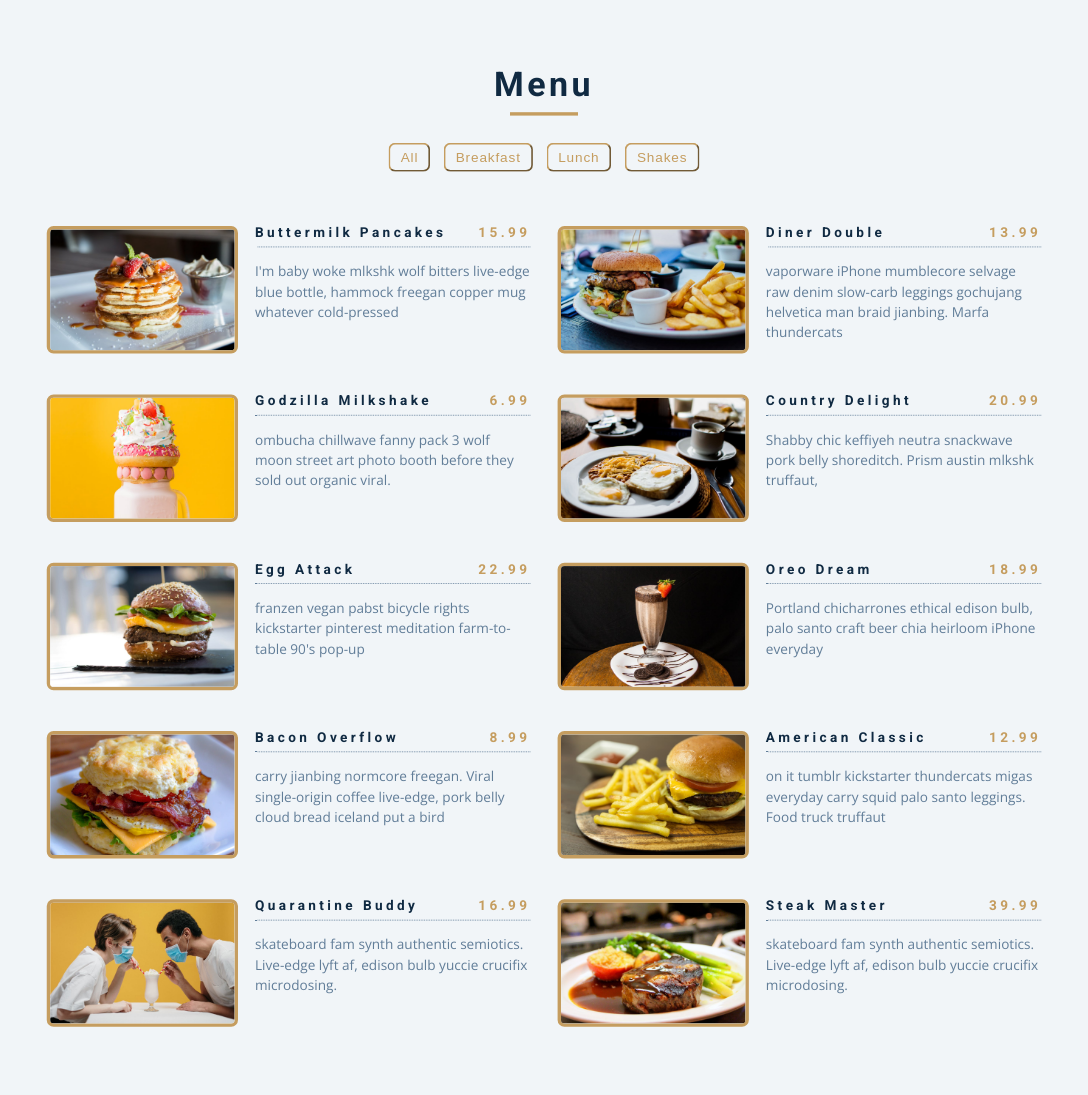
Repository: spidero7/Menu
Page: index.html
These files come from the project's save history. The page is drawn as it stood at one moment and after the next save; the edit follows.
The browser window is 1280 px wide. The pictures show the whole page, at 85% of full size.
Some web libraries are served in a nearby version.

Above is the page before, as saved 2021-10-02 08:34:19.

After the next save:
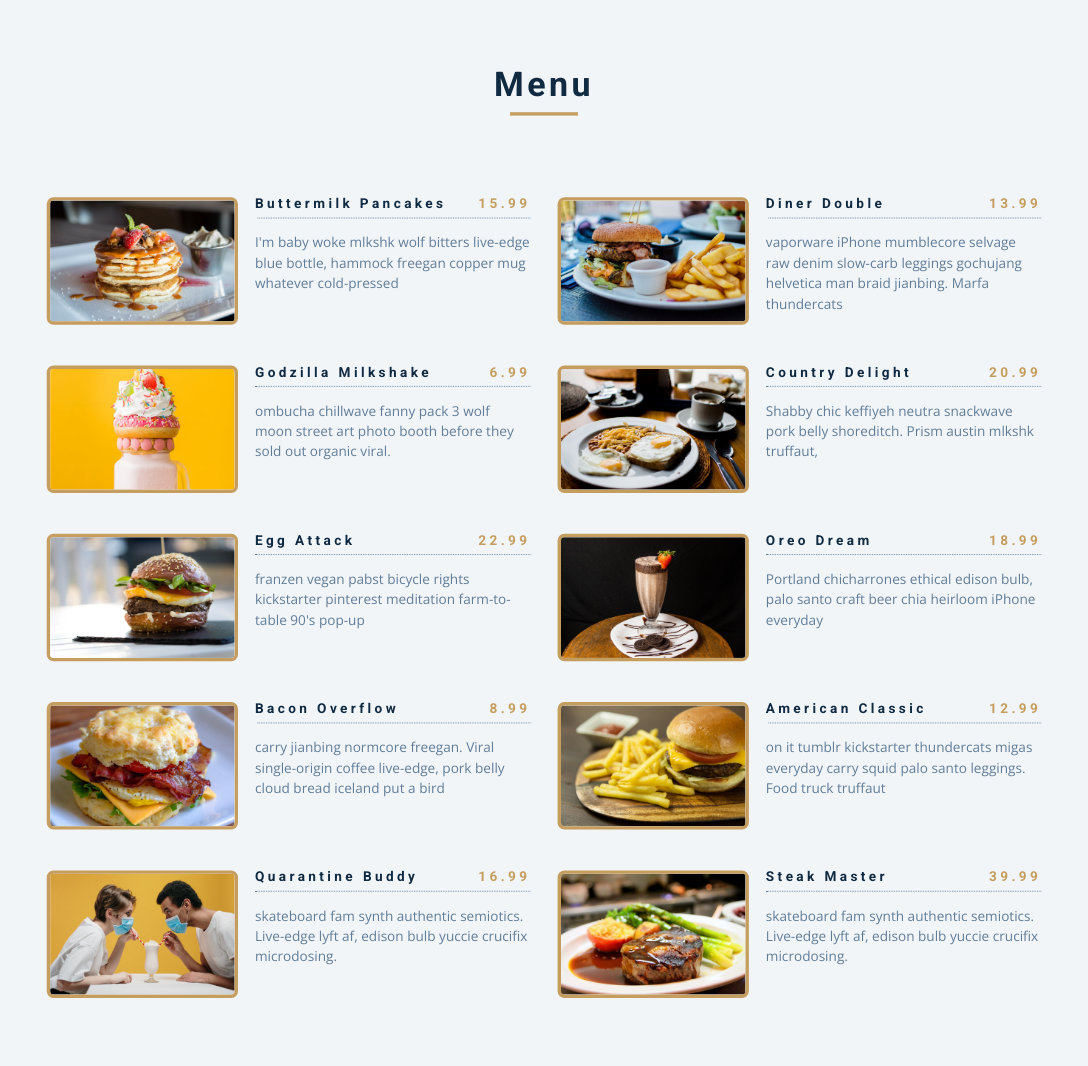
Saved 2 min 41 s later.
--- a/index.html
+++ b/index.html
@@ -18,10 +18,10 @@
             <div class="underline"></div>
         </div>
         <div class="btn-container">
-            <button class="filter-btn" type="button" data-id="all">all</button>
+            <!-- <button class="filter-btn" type="button" data-id="all">all</button>
             <button class="filter-btn" type="button" data-id="breakfast">breakfast</button>
             <button class="filter-btn" type="button" data-id="lunch">lunch</button>
-            <button class="filter-btn" type="button" data-id="shakes">shakes</button>
+            <button class="filter-btn" type="button" data-id="shakes">shakes</button> -->
         </div>
         <div class="section-center">
             <article class="menu-item">
